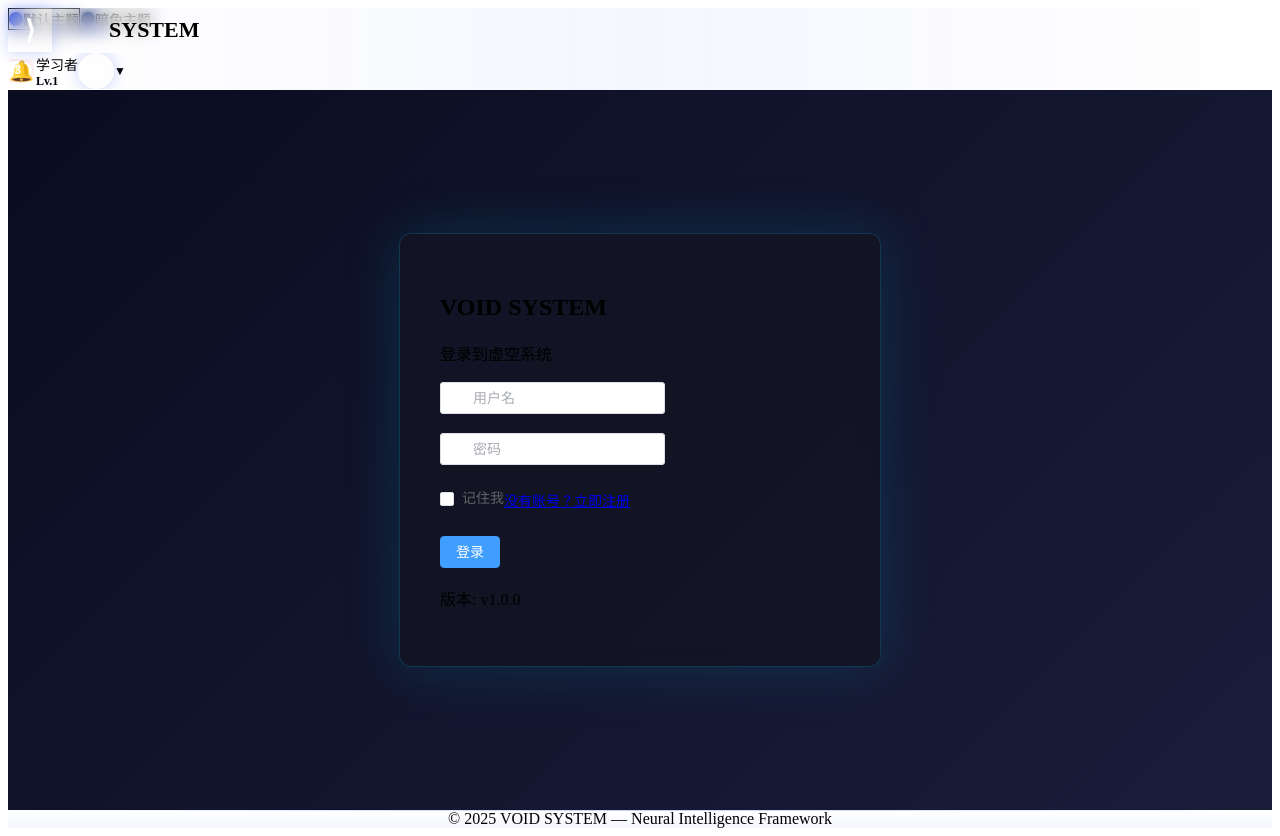
Repository: Void-Creator-Deity/Void-System
Page: /settings (app in void-system-frontend/)
An editor plug-in stored every save of this project. The page is shown before and after the next save, followed by the edit.
The browser window is 1280 px wide. The pictures show the whole page.
The project was rebuilt for these pictures with package versions that can differ from the ones it lists, and the page was loaded fresh each time. Also part of the build but not shown: void-system-frontend/vite.config.js.

Above is the page before, as saved 2025-11-20 20:24:01.

After the next save:
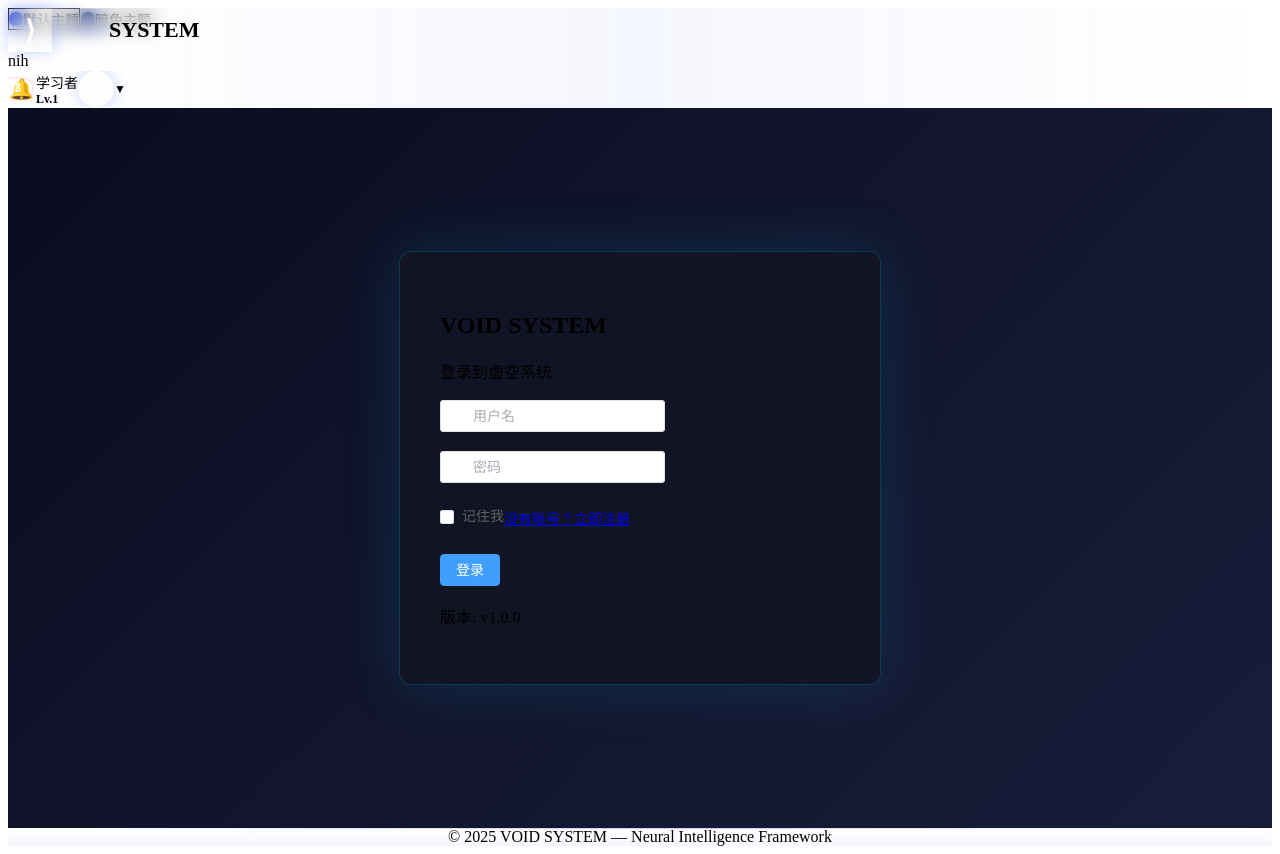
Saved 108 s later.
--- a/void-system-frontend/src/App.vue
+++ b/void-system-frontend/src/App.vue
@@ -43,7 +43,7 @@
           <NavItem to="/qa" icon="❓">知识问答</NavItem>
           <NavItem to="/settings" icon="⚙️">系统设置</NavItem>
         </nav>
-
+        <div>nih</div>
         <!-- 移动端菜单按钮 -->
         <button class="mobile-menu-btn" @click="toggleMobileMenu">
           <span class="menu-icon">☰</span>
